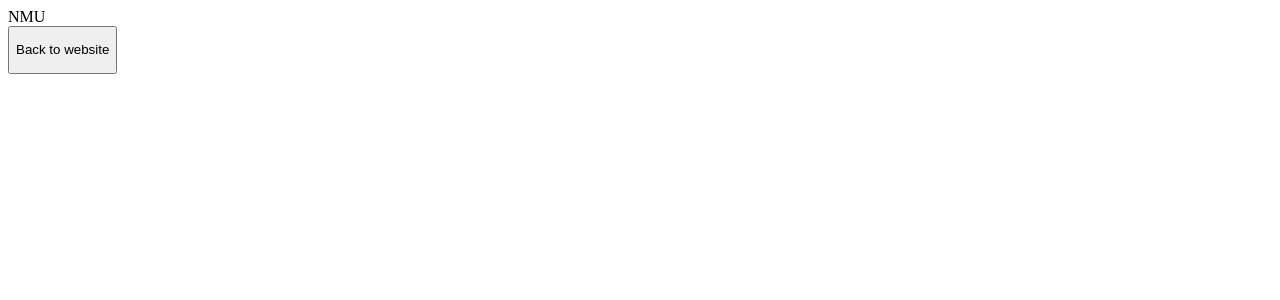
Repository: KolawoleTemilade/classroom-learning
Page: createAccountForm/index.html
These files come from the project's save history. The page is drawn as it stood at one moment and after a run of saves; the edit follows.
The browser window is 1280 px wide. The pictures show the whole page.

Above is the page before, as saved 2025-09-27 01:29:13.

### createAccountForm/index.html
<!DOCTYPE html>
<html lang="en">
<head>
    <meta charset="UTF-8">
    <meta name="viewport" content="width=device-width, initial-scale=1.0">
    <title>create account</title>
</head>
<body>
    <section class="capturing-moment-sec">
      <header>
        <div class="logo">
          NMU
        </div>
        <button class="headerbtn">
            <p>Back to website </p> <!-- find right icon to use here -->
        </button>
      </header>
      <div class="carousels">
           <div>
        <h2></h2>
           </div>
      </div>
    </section>
    <section class="create-acct-sec">

    </section>
</body>
</html>

After the next 3 saves:
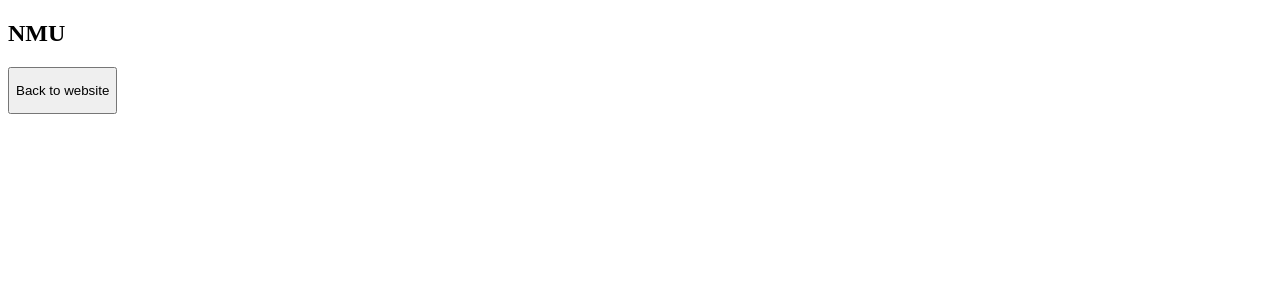
The 3 saves are shown as one change because they came seconds apart.
The last was saved 22 s later.
--- a/createAccountForm/index.html
+++ b/createAccountForm/index.html
@@ -9,7 +9,7 @@
     <section class="capturing-moment-sec">
       <header>
         <div class="logo">
-          NMU
+        <h1>  NMU</h1>
         </div>
         <button class="headerbtn">
             <p>Back to website </p> <!-- find right icon to use here -->
